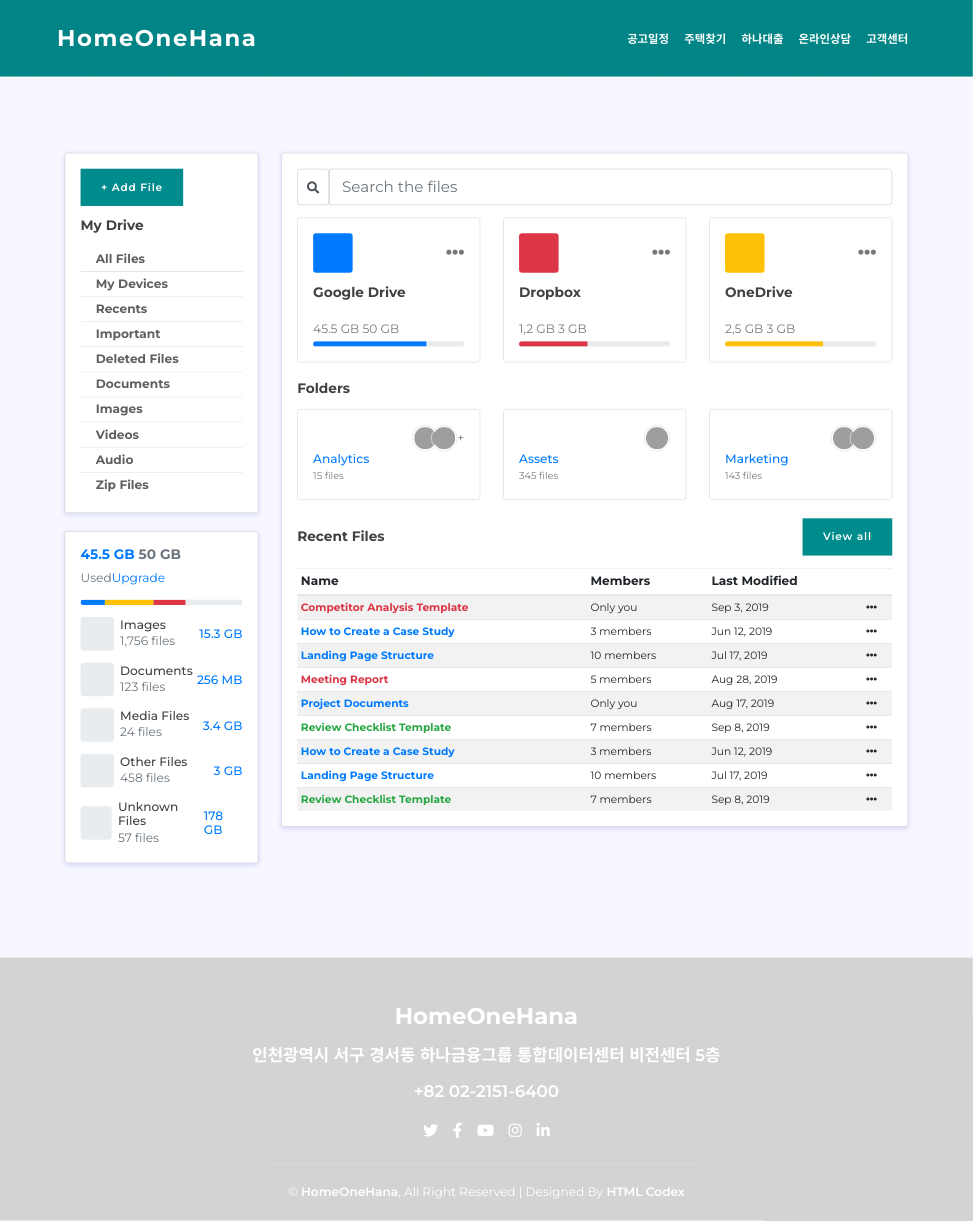
Repository: koposoftware/2021_10_syyoon
Page: http://localhost/HomeOneHana/WEB-INF/jsp/mypage/mypage.jsp
The author's editor kept a copy of each file at every save. The page is drawn from the files as they stood at one save, then again after the next save.
The browser window is 1280 px wide. The pictures show the whole page, at 76% of full size.
Pictures or frames that could not be fetched are drawn as grey boxes. Some icons come from a web library that is not loaded, so they are not drawn. Some web libraries are served in a nearby version. The page is served by Tomcat 9. Nobody is signed in. The template is opened directly, without the code that normally fills it, so the values that code supplies are empty.

Above is the page before, as saved 2021-09-15 11:49:46.

After the next save:
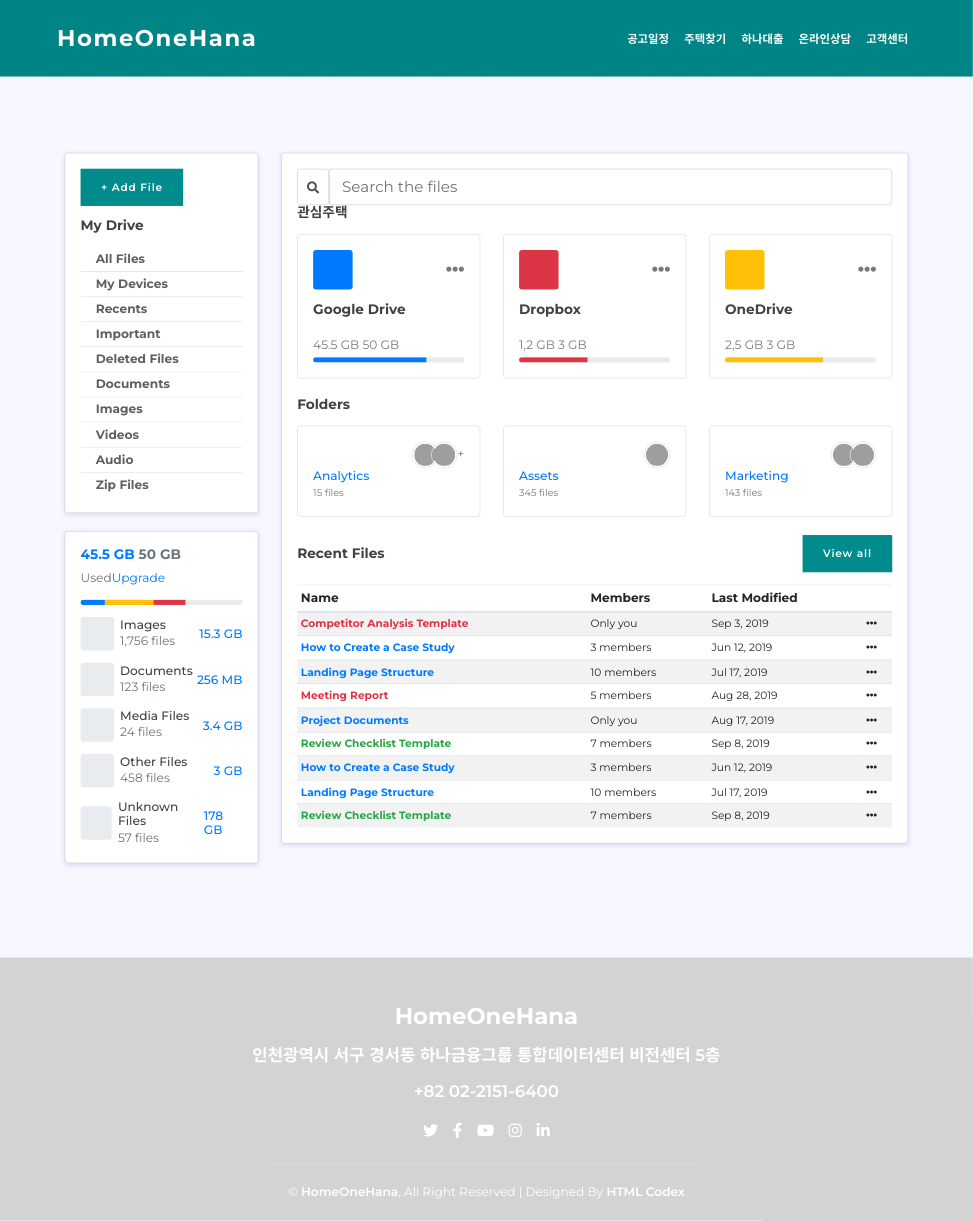
Saved 3 min 18 s later.
--- a/project/Spring-mvc/HomeOneHana/src/main/webapp/WEB-INF/jsp/mypage/mypage.jsp
+++ b/project/Spring-mvc/HomeOneHana/src/main/webapp/WEB-INF/jsp/mypage/mypage.jsp
@@ -116,6 +116,7 @@
 									</div>
 								</div>
 							</div>
+							<h5>관심주택</h5>
 							<div class="row mt-3">
 								<div class="col-12 col-lg-4">
 									<div class="card shadow-none border radius-15">
